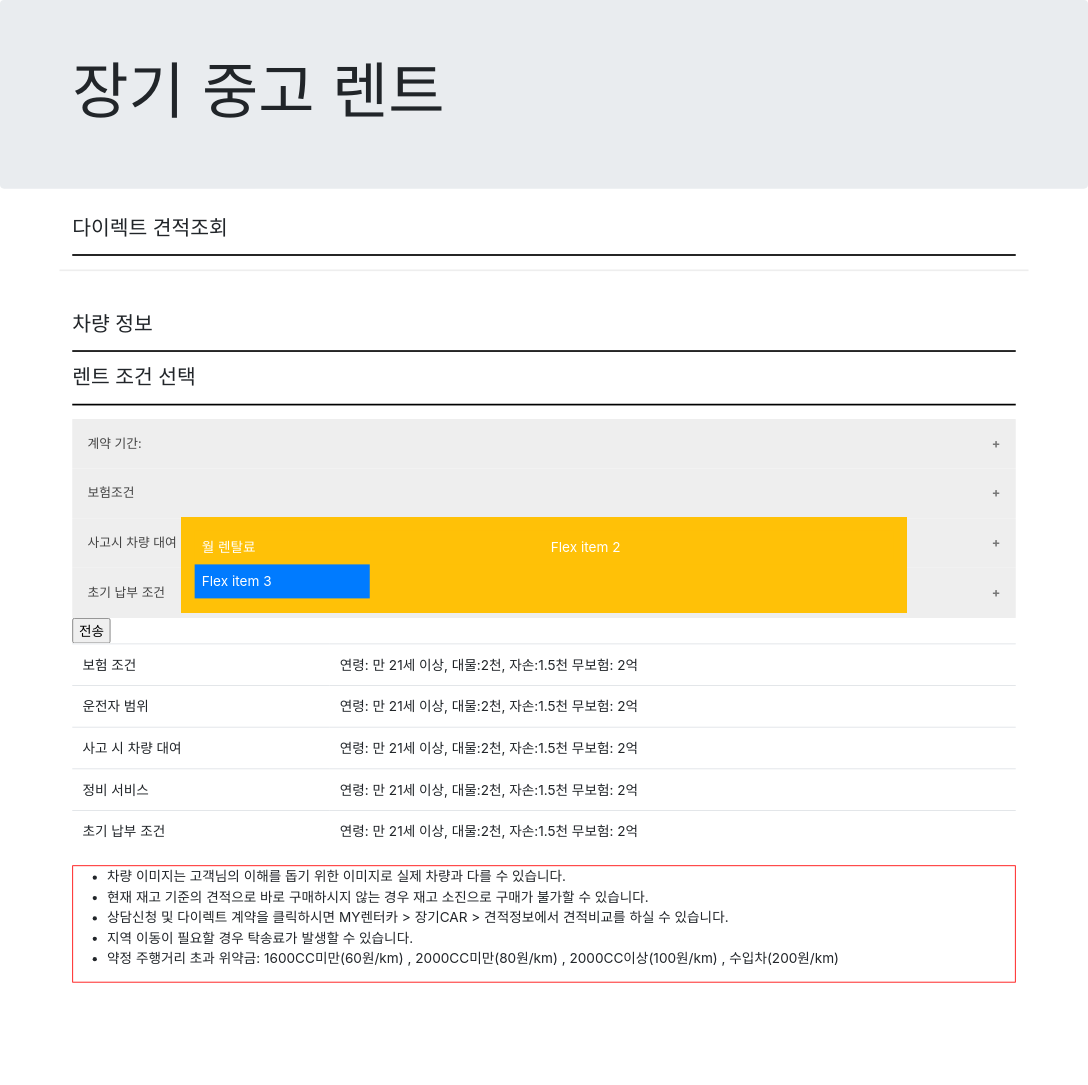
Repository: hyebinkim00/Project
Page: http://localhost/jsp/long_lent_oldcar/carLent.jsp
The author's editor kept a copy of each file at every save. The page is drawn from the files as they stood at one save, then again after the next save.
The browser window is 1280 px wide. The pictures show the whole page, at 85% of full size.
The page is served by Tomcat 9. Queries for data that is not in the repository find no rows.

Above is the page before, as saved 2020-09-16 07:12:08.

After the next save:
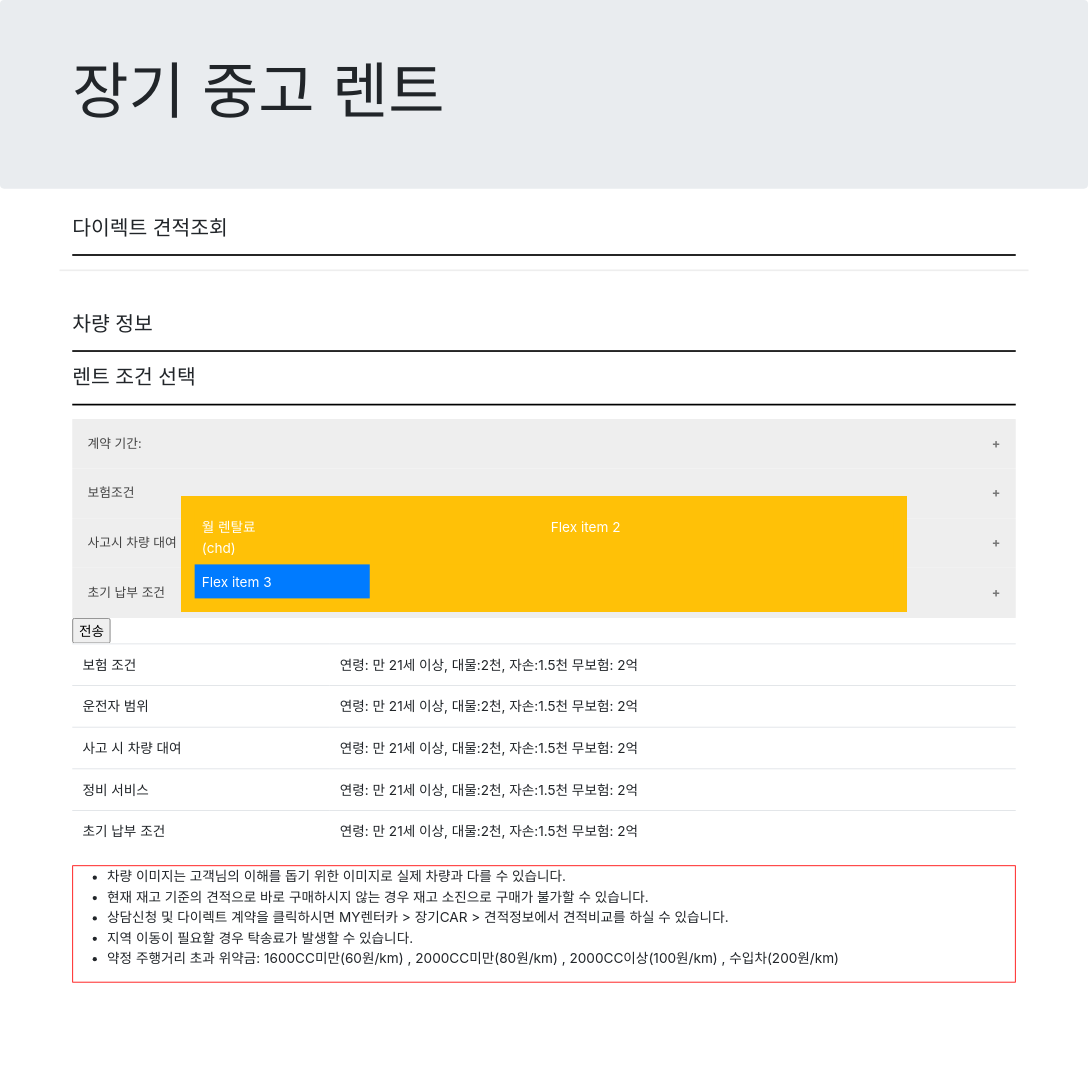
Saved 35 s later.
--- a/jsp/WebContent/long_lent_oldcar/carLent.jsp
+++ b/jsp/WebContent/long_lent_oldcar/carLent.jsp
@@ -317,7 +317,7 @@ border: 1px solid red;}
 <div class="container col-sm-8 fixed-bottom ">
 
   <div class="row d-flex p-3 bg-warning text-white ">
-    <div class="col-sm-6 p-2 bg-warning">월 렌탈료</div>
+    <div class="col-sm-6 p-2 bg-warning">월 렌탈료<br> (chd)</div>
     <div class="col-sm-6 p-2 bg-warning">Flex item 2</div>
     <div class="col-sm-3 p-2 bg-primary">Flex item 3</div>
   </div>
